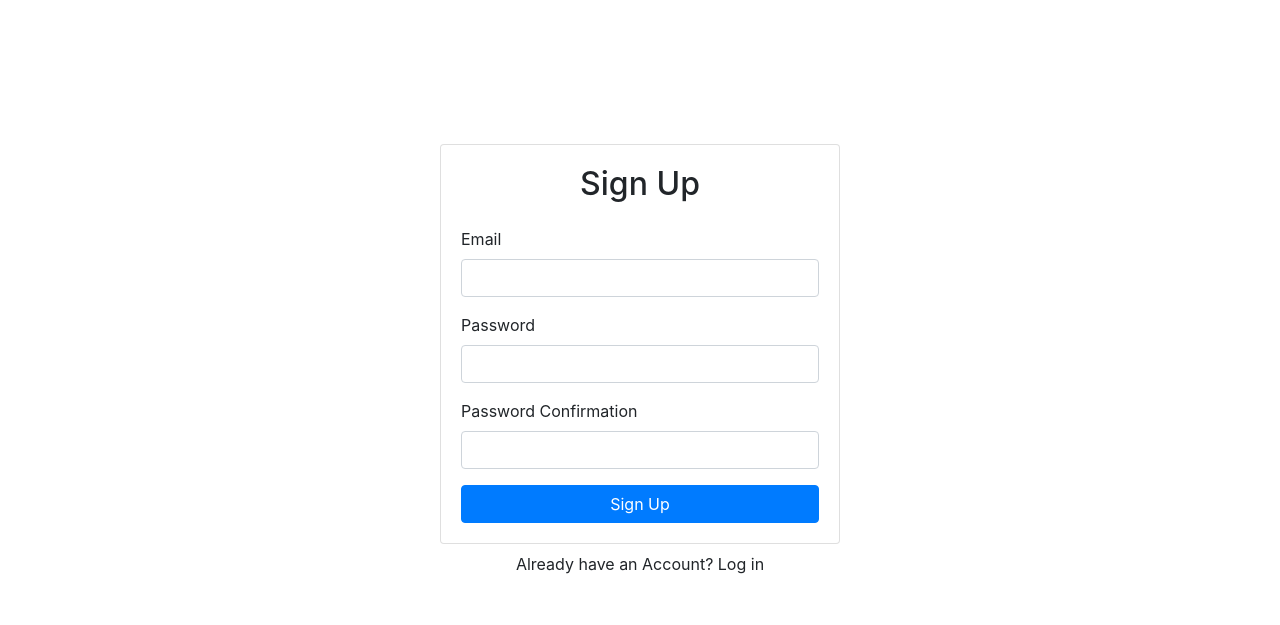
Repository: JonoBowenDev/firebase-tutorial
Page: /
The author's editor kept a copy of each file at every save. The page is drawn from the files as they stood at one save, then again after the next save.
The browser window is 1280 px wide. The pictures show the whole page.
The project was rebuilt for these pictures with package versions that can differ from the ones it lists, and the page was loaded fresh each time.

Above is the page before, as saved 2021-03-11 14:26:12.

### src/index.js
import React from 'react';
import ReactDOM from 'react-dom';
import App from './components/App';
import "bootstrap/dist/css/bootstrap.min.css";

ReactDOM.render(
  <React.StrictMode>
    <App />
  </React.StrictMode>,
  document.getElementById('root')
);

### src/components/App.js
import SignUp from "./SignUp";
import { Container } from "react-bootstrap";
import { AuthProvider } from "../contexts/AuthContext"

function App() {
  return (
    <AuthProvider>
    <Container className="d-flex align-items-center justify-content-center"
      style={{ minHeight: "100vh"}}>
      <div className="w-100" style={{maxWidth: "400px"}}>
        <SignUp />
      </div>
    </Container>
    </AuthProvider>
  );
}

export default App;

### src/components/SignUp.js
import React, { useState, useRef } from 'react'
import { Form, Button, Card, Alert } from 'react-bootstrap'
import { useAuth } from "../contexts/AuthContext"

export default function SignUp() {

    const emailRef = useRef();
    const passwordRef = useRef();
    const passwordConfirmRef = useRef();

    const [error, setError] = useState("");
    const [loading, setLoading] = useState(false);

    const { signUp, currentUser } = useAuth();

    async function handleSubmit (e) {
        e.preventDefault();

        if (passwordRef.current.value !== passwordConfirmRef.current.value) {
            return setError("Passwords do not match");
        }

        try{
            setError("");
            setLoading(true);
            await signUp(emailRef.current.value, passwordRef.current.value);
        } catch {
            setError("Failed to create an account");
        }

        setLoading(false);
    }

    return (
        <div>
        <Card>
            <Card.Body>
                <h2 className="text-center mb-4">Sign Up</h2>
                {currentUser}
                {error && <Alert variant ="danger">{error}</Alert>}
                <Form onSubmit={handleSubmit}>
                    <Form.Group id="email">
                        <Form.Label>Email</Form.Label>
                        <Form.Control type="email" ref={emailRef} required />
                    </Form.Group>
                    <Form.Group id="password">
                        <Form.Label>Password</Form.Label>
                        <Form.Control type="password" ref={passwordRef} required />
                    </Form.Group>
                    <Form.Group id="password-confirm">
                        <Form.Label>Password Confirmation</Form.Label>
                        <Form.Control type="password" ref={passwordConfirmRef} required />
                    </Form.Group>
                    <Button disabled={loading} className="w-100" type="submit">
                        Sign Up
                    </Button>
                </Form>
            </Card.Body>
        </Card>
        <div className="w-100 text-center mt-2">
            Already have an Account? Log in
        </div>
        </div>
    )
}

### src/contexts/AuthContext.js
import React, { useContext, useState, useEffect } from "react";
import { auth } from "../firebase";

const AuthContext = React.createContext();

export function useAuth() {
    return useContext(AuthContext);
}

export function AuthProvider({ children }) {

    const [currentUser, setCurrentUser] = useState();

    const signUp = (email, password) => {
        auth.createUserWithEmailAndPassword(email, password);
    }

    useEffect(() => {
        const unsubscribe = auth.onAuthStateChanged(user => {
            setCurrentUser(user);
        })

        return unsubscribe;
    }, [])


    const value = {
        currentUser,
        signUp
    }

    return (
        <AuthContext.Provider value={value}>
            {children}
        </AuthContext.Provider>
    )
}

### src/firebase.js
import firebase from "firebase";
import "firebase/auth";

// TRY IF THIS DOESN'T WORK
// console.log(process.env.apikey);

const app = firebase.initializeApp({
    apiKey: process.env.REACT_APP_FIREBASE_API_KEY,
    authDomain: process.env.REACT_APP_FIREBASE_AUTH_DOMAIN,
    projectId: process.env.REACT_APP_FIREBASE_PROJECT_ID,
    storageBucket: process.env.REACT_APP_FIREBASE_STORAGE_BUCKET,
    messagingSenderId: process.env.REACT_APP_FIREBASE_MESSAGING_SENDER_ID,
    appId: process.env.REACT_APP_FIREBASE_APP_ID
});

export const auth = app.auth();
export default app;

Loaded but not shown: public/index.html (common file)

After the next save:
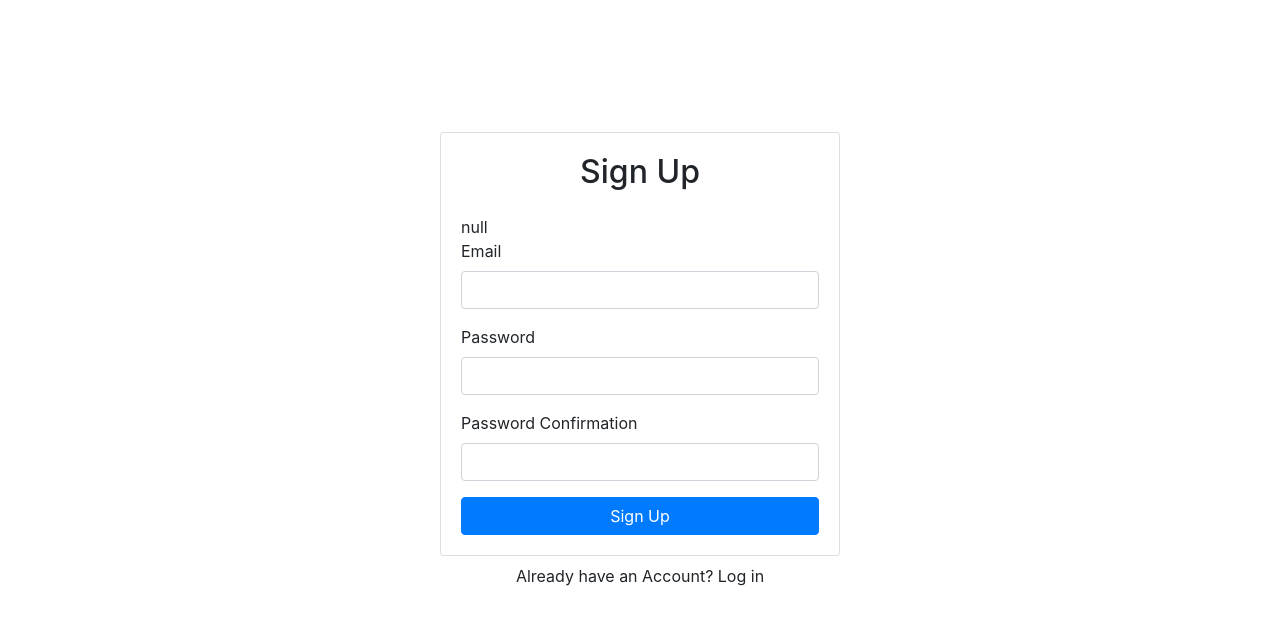
Saved 14 s later.
--- a/src/components/SignUp.js
+++ b/src/components/SignUp.js
@@ -36,7 +36,7 @@
         <Card>
             <Card.Body>
                 <h2 className="text-center mb-4">Sign Up</h2>
-                {currentUser}
+                {JSON.stringify(currentUser)}
                 {error && <Alert variant ="danger">{error}</Alert>}
                 <Form onSubmit={handleSubmit}>
                     <Form.Group id="email">

After the save that followed:
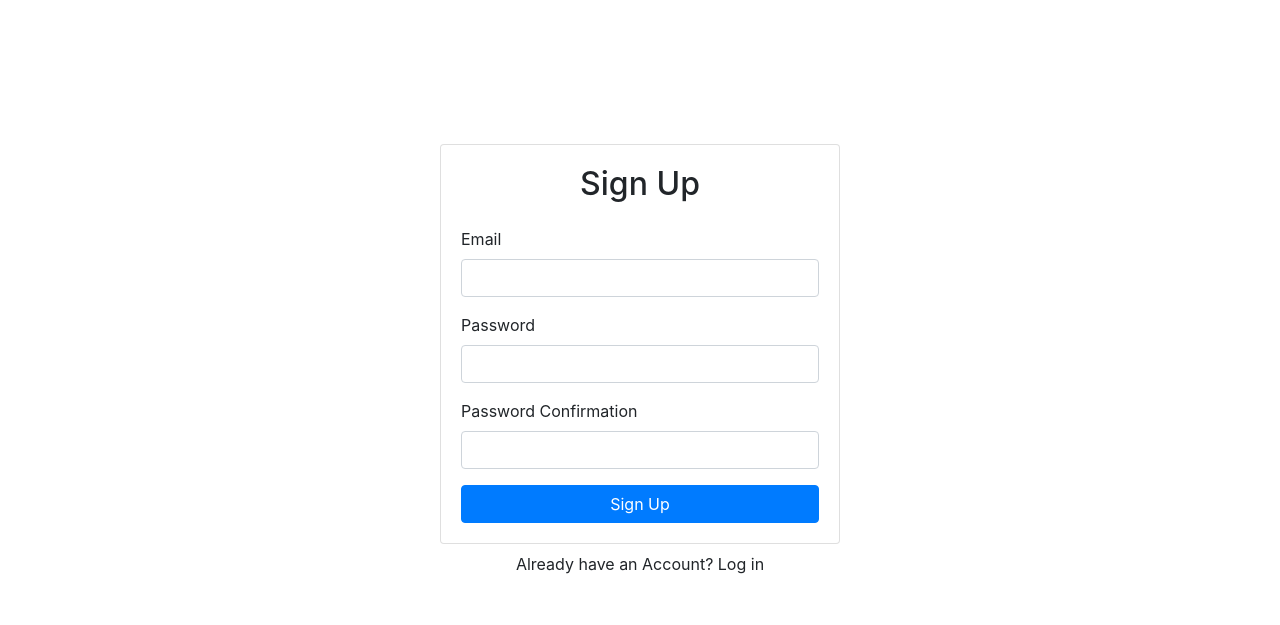
Saved 66 s later.
--- a/src/components/SignUp.js
+++ b/src/components/SignUp.js
@@ -36,7 +36,7 @@
         <Card>
             <Card.Body>
                 <h2 className="text-center mb-4">Sign Up</h2>
-                {JSON.stringify(currentUser)}
+                {currentUser && currentUser.email}
                 {error && <Alert variant ="danger">{error}</Alert>}
                 <Form onSubmit={handleSubmit}>
                     <Form.Group id="email">
